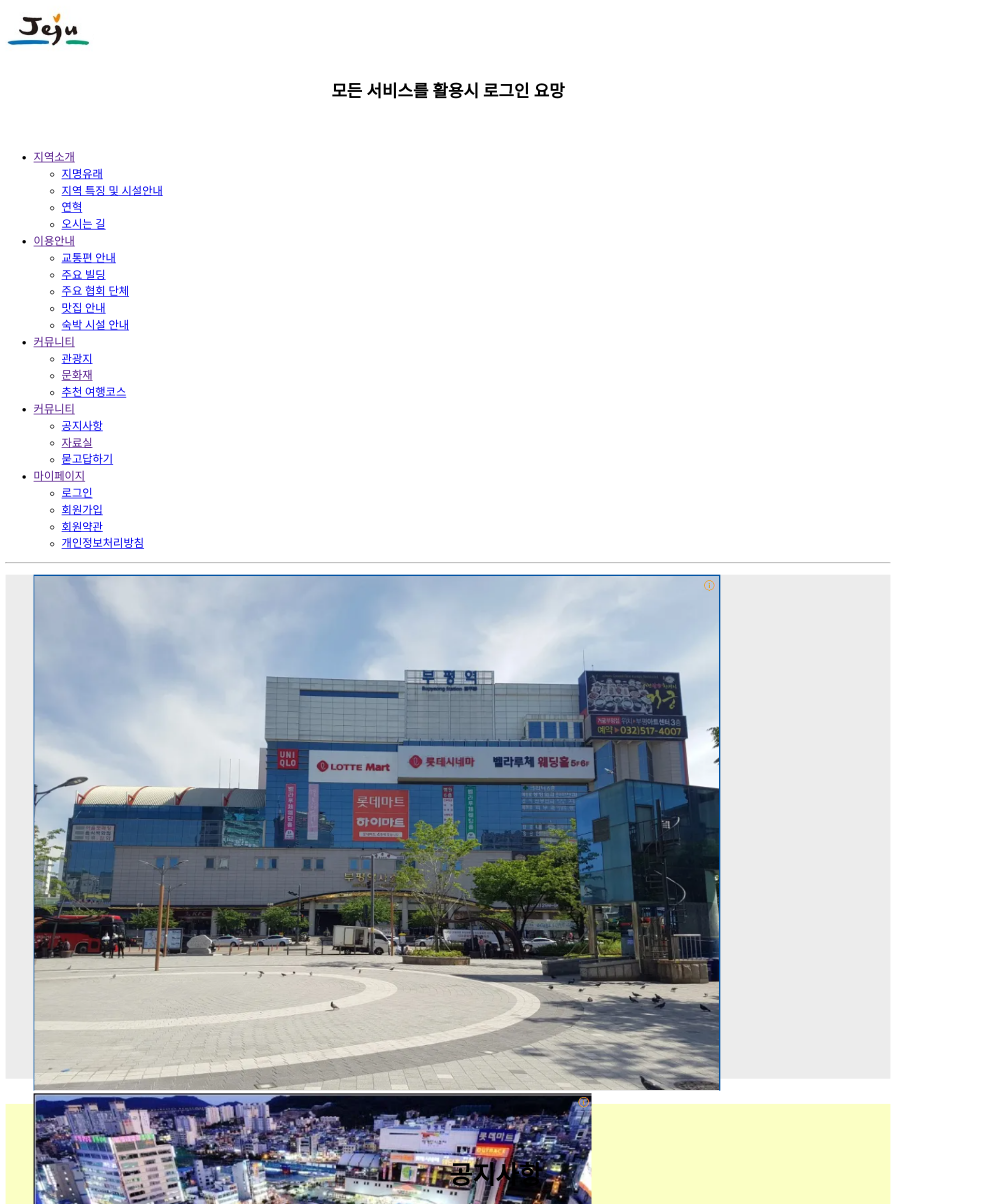
Repository: dlsqja432/Jeju-project
Page: http://localhost/jejudo/
The author's editor kept a copy of each file at every save. The page is drawn from the files as they stood at one save, then again after the next save.
The browser window is 1280 px wide. The page is 1408 px wide, so the pictures cover 1408 px, including what lies to the right of the window. The pictures show the part of the page from y = 0 to 1720 px (the page is 3817 px tall before and 3793 px after), at 70% of full size.
The page is served by Tomcat 9.

Above is the page before, as saved 2024-04-16 00:09:56.

After the next save:
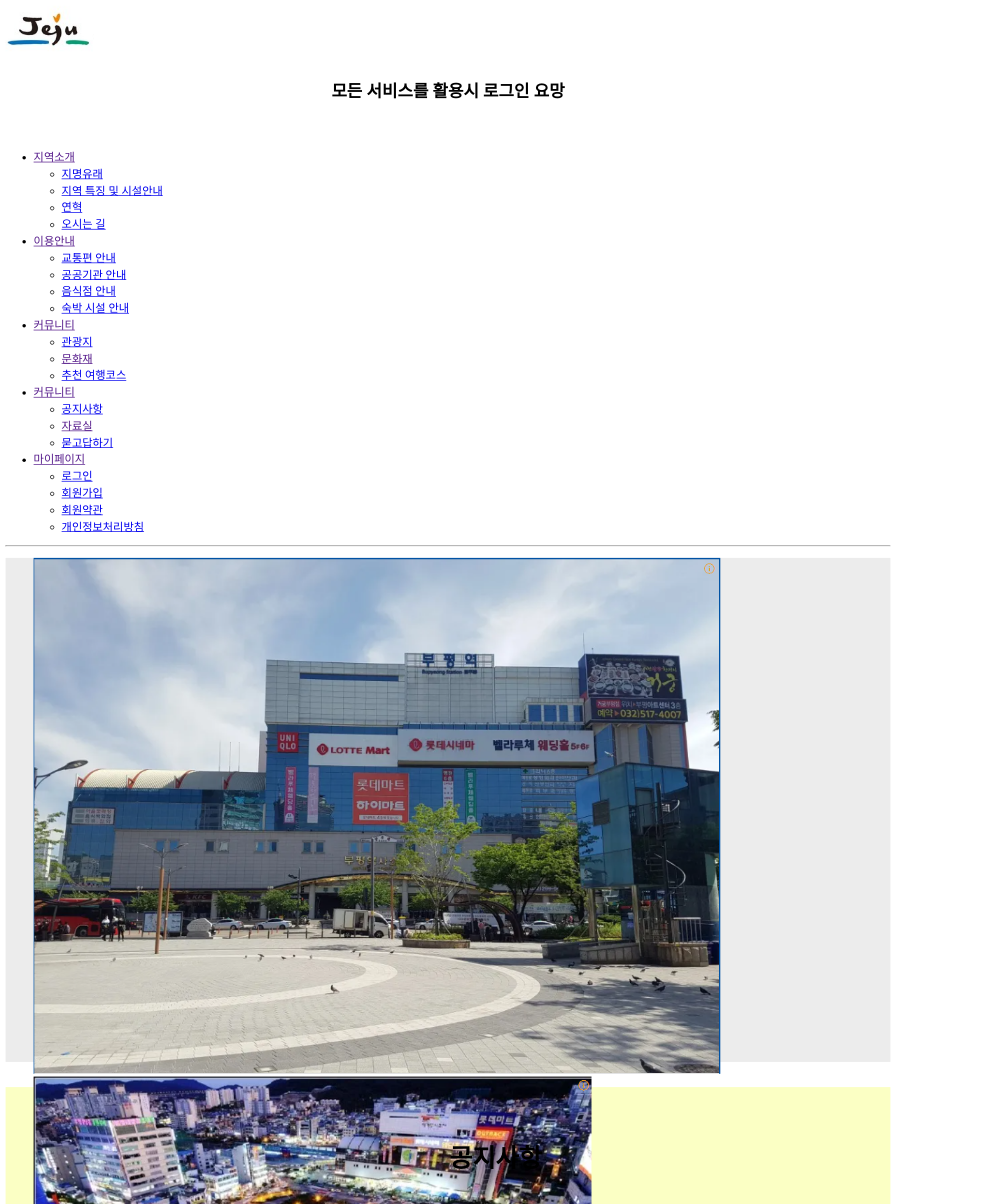
Saved 29 s later.
--- a/jejudo/WebContent/header.jsp
+++ b/jejudo/WebContent/header.jsp
@@ -30,9 +30,8 @@
 				<a href="" class="dp1">이용안내</a>
 				<ul class="sub_menu">
 					<li><a href="${hpath }/GetTrafficList.do">교통편 안내</a></li>
-					<li><a href="${hpath }/tour/building.jsp">주요 빌딩</a></li>
-					<li><a href="${hpath }/tour/association.jsp">주요 협회 단체</a></li>
-					<li><a href="${hpath }/tour/rest.jsp">맛집 안내</a></li>
+					<li><a href="${hpath }/tour/building.jsp">공공기관 안내</a></li>
+					<li><a href="${hpath }/tour/association.jsp">음식점 안내</a></li>
 					<li><a href="${hpath }/tour/lodg.jsp">숙박 시설 안내</a></li>
 				</ul>
 			</li>
